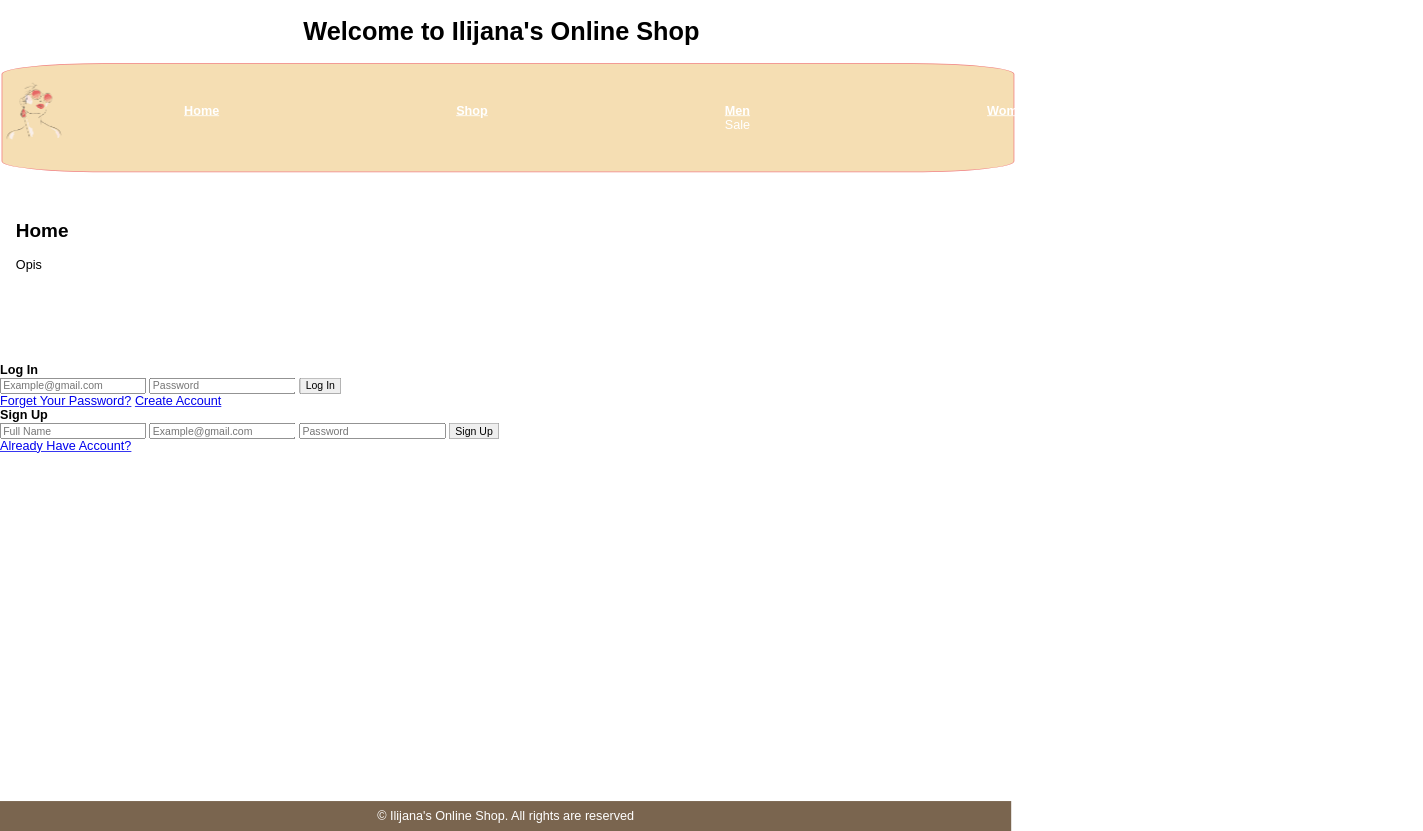
Repository: ilijana123/Proekt1
Page: html.html
An editor plug-in stored every save of this project. The page is shown before and after the next save, followed by the edit.
The browser window is 1280 px wide. The page is 1801 px wide, so the pictures cover 1801 px, including what lies to the right of the window. The pictures show the whole page, at 79% of full size.

Above is the page before, as saved 2023-11-13 02:08:03.

### html.html
<!DOCTYPE html>
<html>
    <head>

    <meta charset="utf-8">
    <title>Online shop</title>
    <link rel="stylesheet" type="text/css" href="1.css">
    <script src="script.js"></script>

    </head>

    <body>
    <header>
       <h1>Welcome to Ilijana's Online Shop</h1>
    </header>

    <nav>
        <div class="social-call">
        <div class="social">
            <a href="#"><i class="fab fa-facebook-f"></i></a>
            <a href="#"><i class="fab fa-twitter"></i></a>
            <a href="#"><i class="fab fa-youtube"></i></a>
            <a href="#"><i class="fab fa-instagram"></i></a>
        </div>
        </div>
        <div class="navigation">
            <a href="#" class="logo"><img src="logo.png"></a>
            <div class="toggle"></div>
            <ul class="menu">
            <li><a href="#">Home</a></li>
            <li  class="shop"><a href="#" >Shop</a></li>
            <li><a href="#">Men</a>
                <span class="sale-lable">Sale</span>
            </li>
            <li><a href="#">Women</a></li>
            <li><a href="#">Kids</a></li>
            </ul>
            <div class="right-menu">
            <a href="javascript:void(0);" class="search">
                <i class="fas fa-search"></i>
            </a>
            <a href="javascript:void(0);" class="user">
                <i class="far fa-user"></i>
            </a>
            <a href="#">
                <i class="fas fa-shopping-cart">
                    <span class="num-cart-product">0</span>
                </i>
            </a>
            </div>
        </div>
    </nav>

       <section id="home">
            <h2>Home</h2>
            <p>Opis</p>
        </section>
        <section id="contact"></section>
            <div class="form">
                <div class="login-form">
                    <a href="javascript:void(0);" class="form-cancel">
                        <i class="fas fa-times"></i>
                    </a>
                    <strong>Log In</strong>
                    <form>
                        <input type="email" name="email" placeholder="Example@gmail.com" required/>
                        <input type="password" name="password" placeholder="Password" required/>
                        <input type="submit" value="Log In"/>
                    </form>
                    <div class="form-btns">
                        <a href="#" class="forget">Forget Your Password?</a>
                        <a href="javascript:void(0);" class="sign-up-btn">Create Account</a>
                    </div>
                </div>
                    <div class="sign-up-form">
                    <a href="javascript:void(0);" class="form-cancel">
                        <i class="fas fa-times"></i>
                    </a>
                        <strong>Sign Up</strong>
                        <form>
                            <input type="text" name="fullname" placeholder="Full Name" required/>
                            <input type="email" name="email" placeholder="Example@gmail.com" required/>
                            <input type="password" name="password" placeholder="Password" required/>
                            <input type="submit" value="Sign Up"/>
                        </form>
                        <div class="form-btns">
                            <a href="javascript:void(0);" class="already-account">
                                Already Have Account?</a>

                        </div>
                    </div>
            </div>
       </section>

       <section id="category1"></section>
       <section id="category2"></section>
       <section id="category3"></section>
       <section id="instagram"></section>
      <section id="survey">
      </section>
      <section id="questionnaire">
      </section>
      <section id="contact">
      </section>
       <footer> &copy; Ilijana's Online Shop. All rights are reserved</footer>

    </body>
</html>

### 1.css
h1  {
     font-family: fantasy;
        color:black;
        text-shadow:rgb(122, 101, 79);
        position:relative;
        margin-left: 30%;
    }
    body
    {
        margin: 0;
        padding: 0;
        font-family: Arial, sans-serif;
    }
    .navigation
    {
        display:flex;
        justify-content: space-between;
        allign-items: center;
        background-color: wheat;
        margin:auto;
        position: relative;
        color: white;
        padding:auto;
        left: 2px;
        right: 2px;
        width: 100%;
        z-index: 100;
        border: 1px solid rgba(0,0,0,03);
        border-radius: 10%;
        border-color: lightcoral;
    }
    nav ul
    {
        list-style-type: none;
        margin: 0;
        padding: 0;
        display: flex;
        margin-top: 50px;
        flex-direction: row;
    }
    nav ul li
    {
        display: block;
        margin-bottom: 50px;
        margin-right: 150px;
        margin-left:150px;
    }
    section {
        padding: 20px;
        margin: 20px 0;
    }
    nav a
    {
        color: white;
        font-weight:bolder;
        size: 50px;
    }
    nav a:hover {
        color:rgb(122, 101, 79);
    }

    footer {
        background-color:rgb(122, 101, 79);
        color: white;
        text-align: center;
        padding: 10px;
    }
    .logo img
    {
        height: 80px;
        margin-top: 20px;
    }

### script.js
function btnClicked()
{
    document.location.href="html1.html";
}

After the next save:
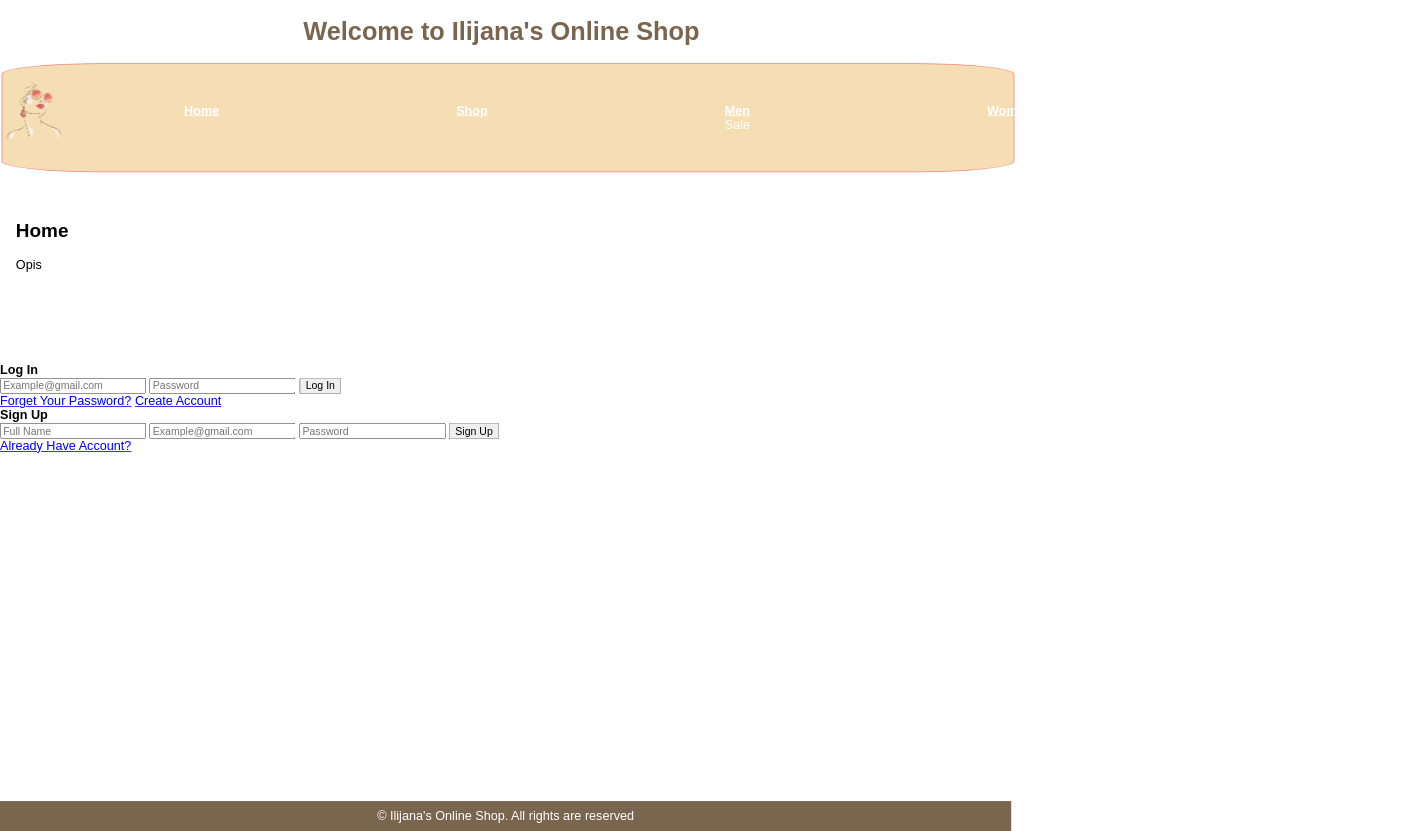
Saved 27 s later.
--- a/1.css
+++ b/1.css
@@ -1,7 +1,6 @@
 h1  {
-     font-family: fantasy;
-        color:black;
-        text-shadow:rgb(122, 101, 79);
+        font-family: fantasy;
+        color:rgb(122, 101, 79);
         position:relative;
         margin-left: 30%;
     }
